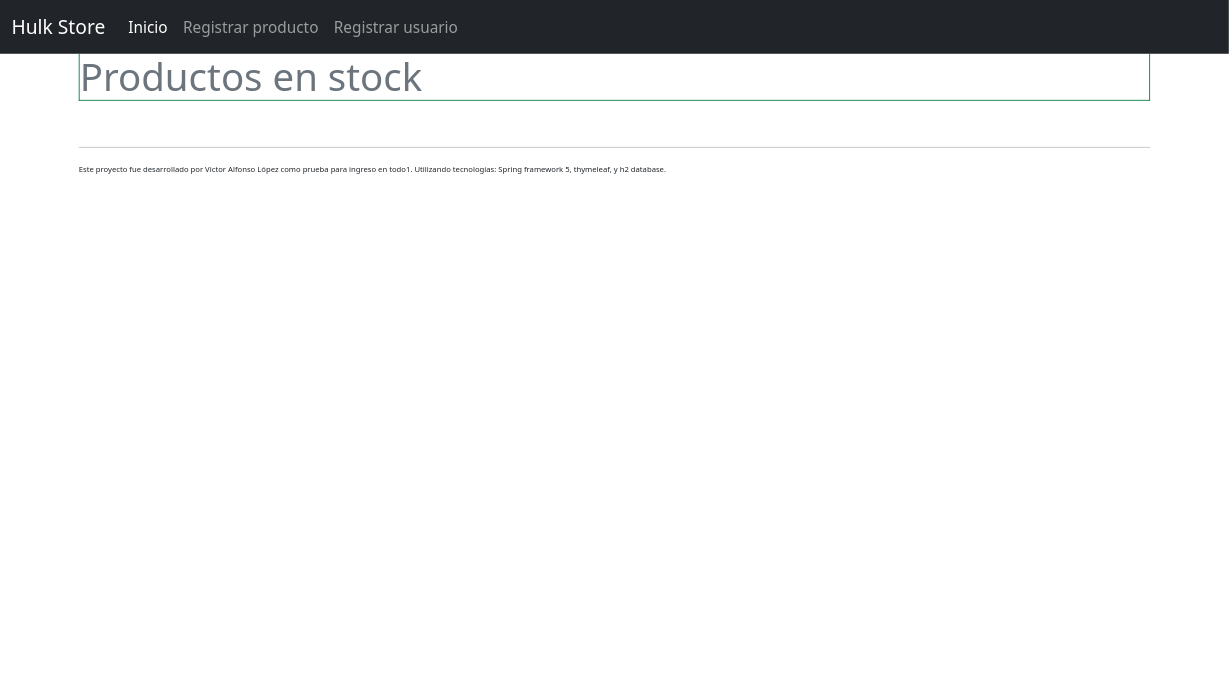
Repository: alfonsoLopez1992/PruebaTODO1
Page: http://localhost/index
The author's editor kept a copy of each file at every save. The page is drawn from the files as they stood at one save, then again after the next save.
The browser window is 1280 px wide. The pictures show the whole page, at 96% of full size.
Some web libraries are served in a nearby version. The page is this project's Thymeleaf template; nobody is signed in. The template is opened directly, without the code that normally fills it, so the values that code supplies are empty.

Above is the page before, as saved 2021-02-16 14:04:14.

After the next save:
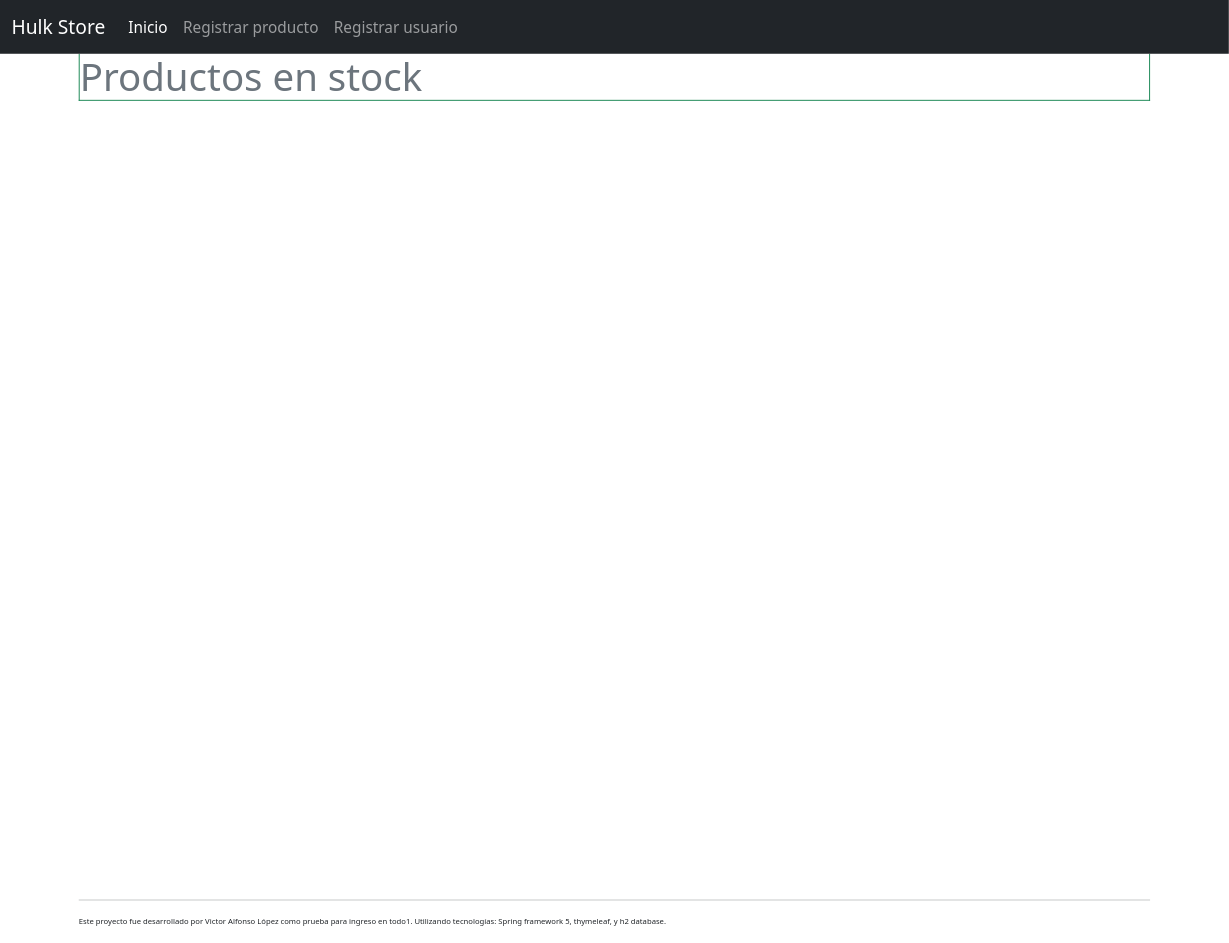
Saved 45 s later.
--- a/hulk-store-internet/src/main/resources/templates/index.html
+++ b/hulk-store-internet/src/main/resources/templates/index.html
@@ -37,9 +37,9 @@
 			</div>
 		</div>
 	</div>
-
-<footer style="margin-top: 400px;" th:replace="layout/layout :: footer"></footer>
-
+<div style="margin-top: 800px;">
+<footer  th:replace="layout/layout :: footer"></footer>
+</div>
 
 </body>
 
